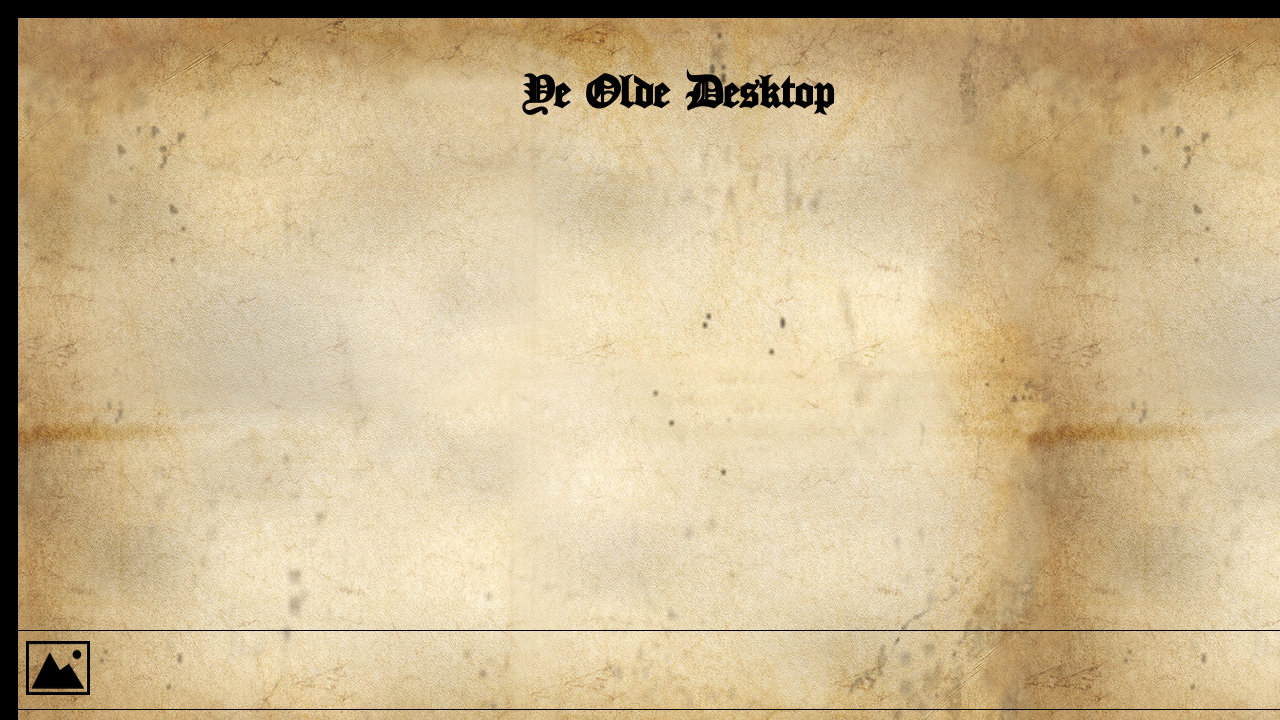
Repository: ma223md/1dv403-laborationer
Page: 5-pwd/index.html
The author's editor kept a record of every edit. The page is drawn from the files as they stood at one moment, then again after the next edit.
The browser window is 1280 px wide. The pictures show the whole page.

Above is the page before.

After the next edit:
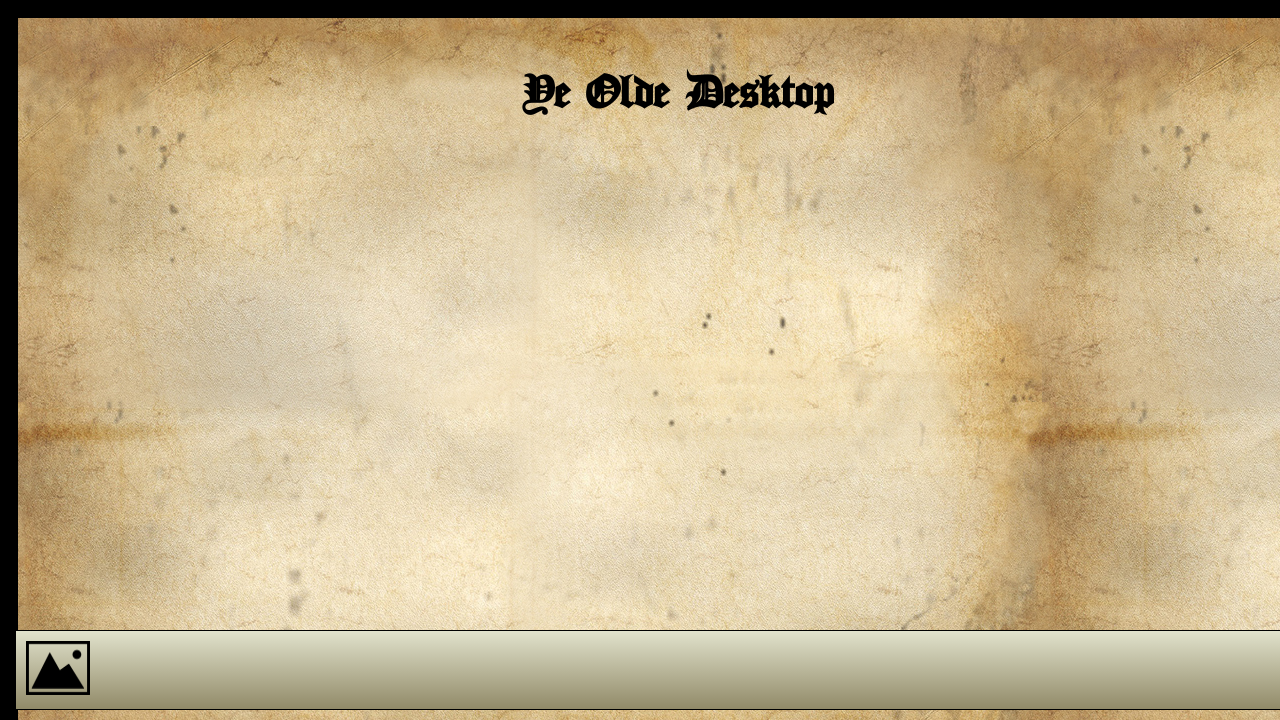
The edit:
--- a/5-pwd/css/pwdstyle.css
+++ b/5-pwd/css/pwdstyle.css
@@ -41,6 +41,11 @@
     border-style: solid;
     border-width: 1px;
     border-color: black;
+        background: -webkit-gradient(linear, 0 0, 0 100%, from(#e1e2cc), to(#918a68));
+    background: -webkit-linear-gradient(#e1e2cc 0%, #918a68 100%);
+    background: -moz-linear-gradient(#e1e2cc 0%, #918a68 100%);
+    background: -o-linear-gradient(#e1e2cc 0%, #918a68 100%);
+    background: linear-gradient(#e1e2cc 0%, #918a68 100%);
 }
 
 #iconbar img {
